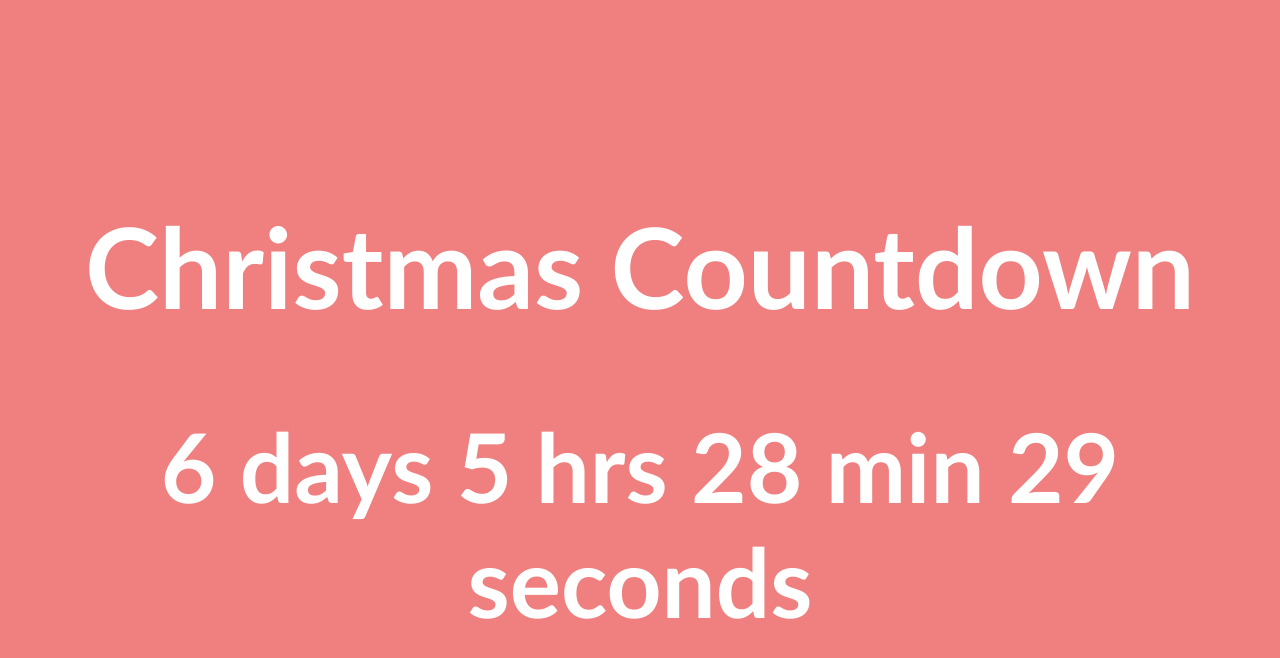
Repository: notMaximilian/countdown-timer
Page: index.html
The author's editor kept a copy of each file at every save. The page is drawn from the files as they stood at one save, then again after the next save.
The browser window is 1280 px wide. The pictures show the whole page.

Above is the page before, as saved 2021-12-18 18:57:28.

After the next save:
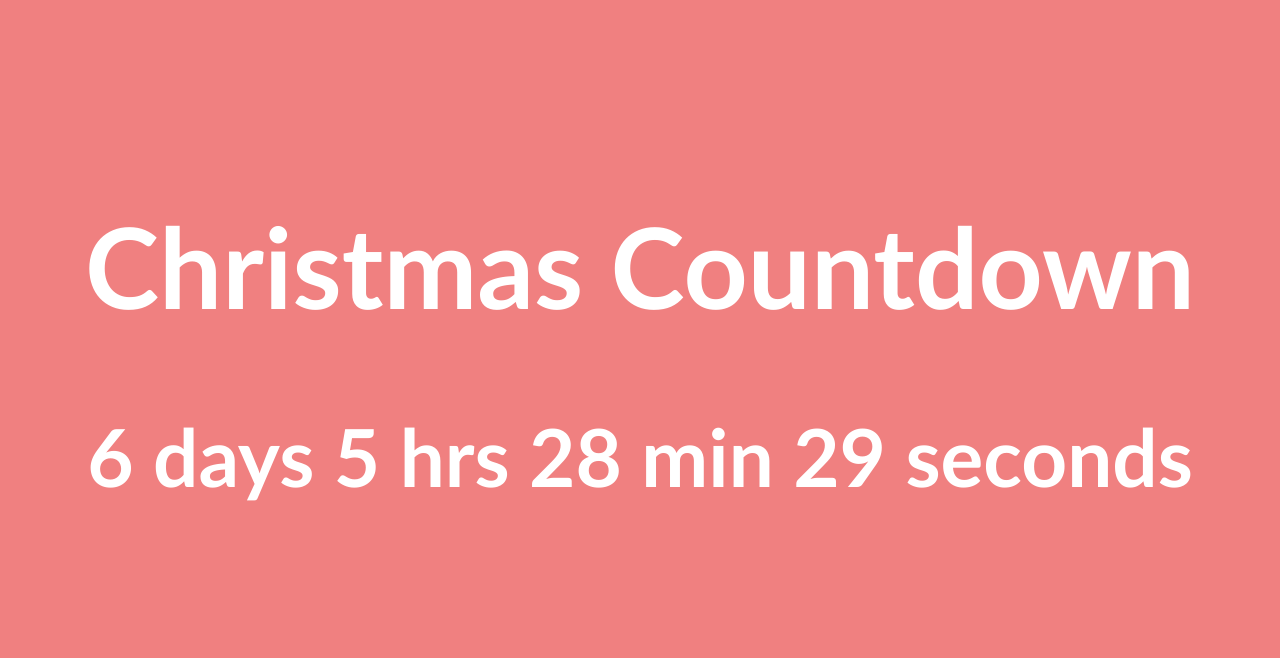
Saved 6 s later.
--- a/styles.css
+++ b/styles.css
@@ -11,6 +11,6 @@ body{
 }
 
 #time-left{
-    font-size:  600%;
+    font-size:  500%;
     padding-top:0px;
 }
